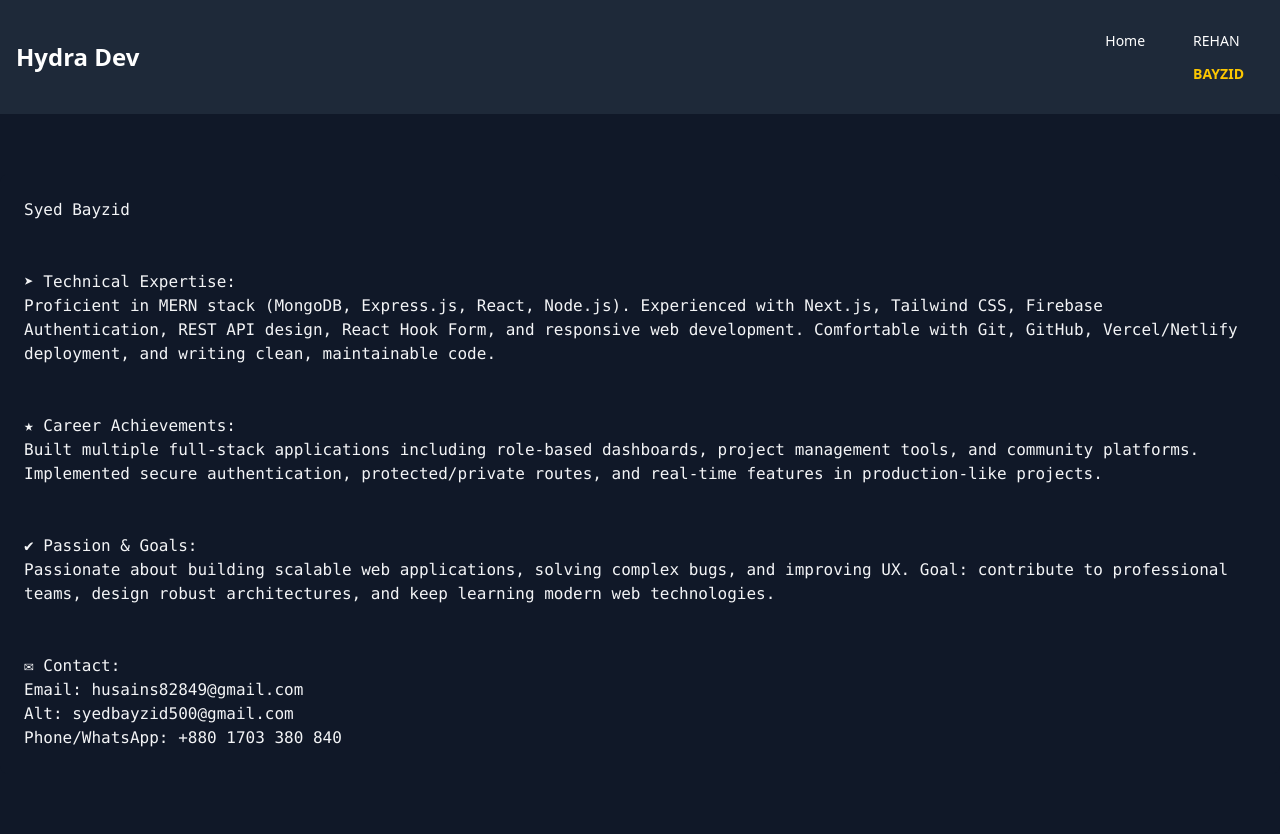
Repository: codeSmith-006/github-collab
Page: /bayzid
These files come from the project's save history. The page is drawn as it stood at one moment and after a run of saves; the edit follows.
The browser window is 1280 px wide. The pictures show the whole page.
The project was rebuilt for these pictures with package versions that can differ from the ones it lists, and the page was loaded fresh each time. Also part of the build but not shown: vite.config.js, src/App.jsx, src/Components/Navbar/active.css, src/Page/Home/Home.jsx, src/Page/Rehan/Rehan.jsx.

Above is the page before, as saved 2025-09-10 10:31:04.

After the next 12 saves:
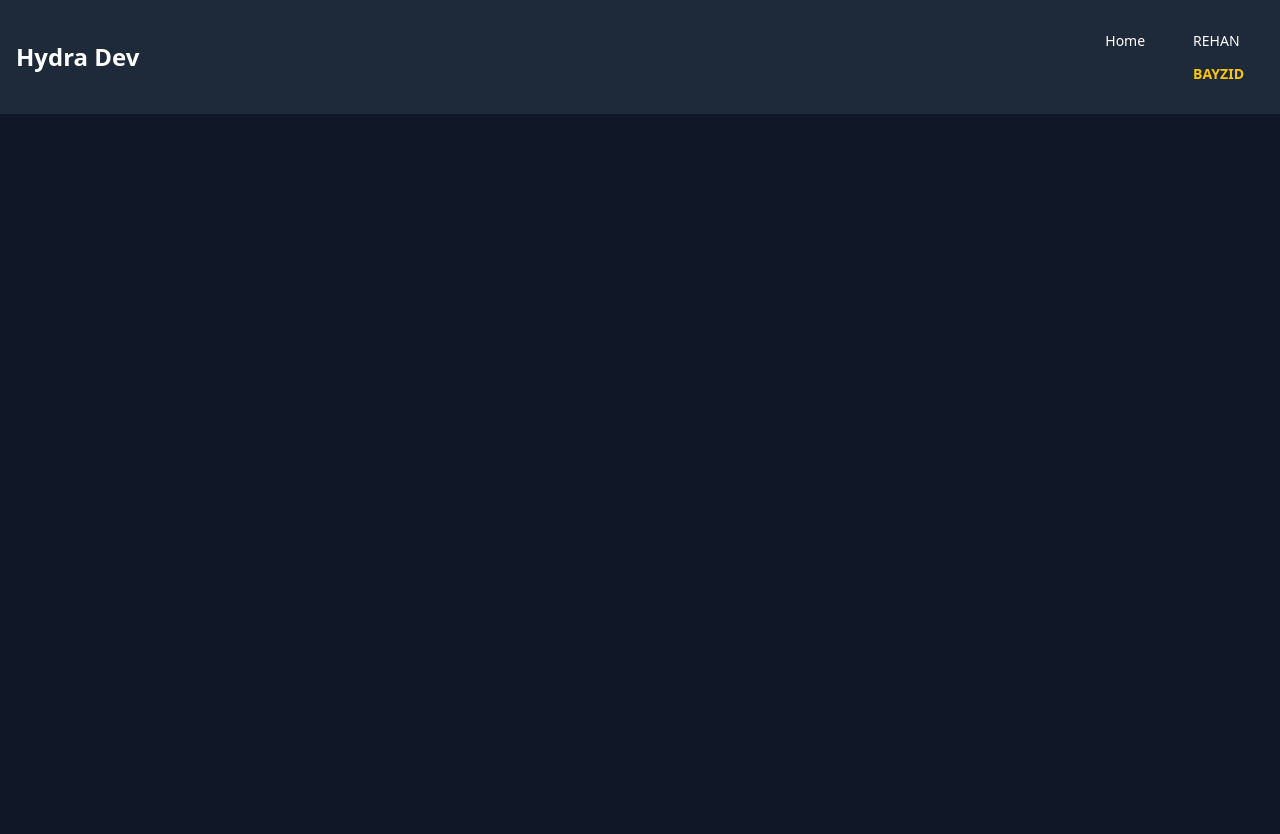
The 12 saves are shown as one change because they came seconds apart.
The last was saved 33 s later.
--- a/src/Page/Bayzid/Bayzid.jsx
+++ b/src/Page/Bayzid/Bayzid.jsx
@@ -3,26 +3,30 @@ import React from 'react'
 export default function Bayzid() {
     return (
 
-        <div className="p-6 bg-gray-900 text-gray-100 font-mono rounded-lg space-y-4 whitespace-pre-wrap break-words">
-            {`Syed Bayzid
+        <section>
+            <h2></h2>
+        </section>
+
+//         <div className="p-6 bg-gray-900 text-gray-100 font-mono rounded-lg space-y-4 whitespace-pre-wrap break-words">
+//             {`Syed Bayzid
 
 
-➤ Technical Expertise:
-Proficient in MERN stack (MongoDB, Express.js, React, Node.js). Experienced with Next.js, Tailwind CSS, Firebase Authentication, REST API design, React Hook Form, and responsive web development. Comfortable with Git, GitHub, Vercel/Netlify deployment, and writing clean, maintainable code.
+// ➤ Technical Expertise:
+// Proficient in MERN stack (MongoDB, Express.js, React, Node.js). Experienced with Next.js, Tailwind CSS, Firebase Authentication, REST API design, React Hook Form, and responsive web development. Comfortable with Git, GitHub, Vercel/Netlify deployment, and writing clean, maintainable code.
 
 
-★ Career Achievements:
-Built multiple full-stack applications including role-based dashboards, project management tools, and community platforms. Implemented secure authentication, protected/private routes, and real-time features in production-like projects.
+// ★ Career Achievements:
+// Built multiple full-stack applications including role-based dashboards, project management tools, and community platforms. Implemented secure authentication, protected/private routes, and real-time features in production-like projects.
 
 
-✔ Passion & Goals:
-Passionate about building scalable web applications, solving complex bugs, and improving UX. Goal: contribute to professional teams, design robust architectures, and keep learning modern web technologies.
+// ✔ Passion & Goals:
+// Passionate about building scalable web applications, solving complex bugs, and improving UX. Goal: contribute to professional teams, design robust architectures, and keep learning modern web technologies.
 
 
-✉ Contact:
-Email: husains82849@gmail.com
-Alt: syedbayzid500@gmail.com
-Phone/WhatsApp: +880 1703 380 840`}
-        </div>
+// ✉ Contact:
+// Email: husains82849@gmail.com
+// Alt: syedbayzid500@gmail.com
+// Phone/WhatsApp: +880 1703 380 840`}
+//         </div>
     )
 }
